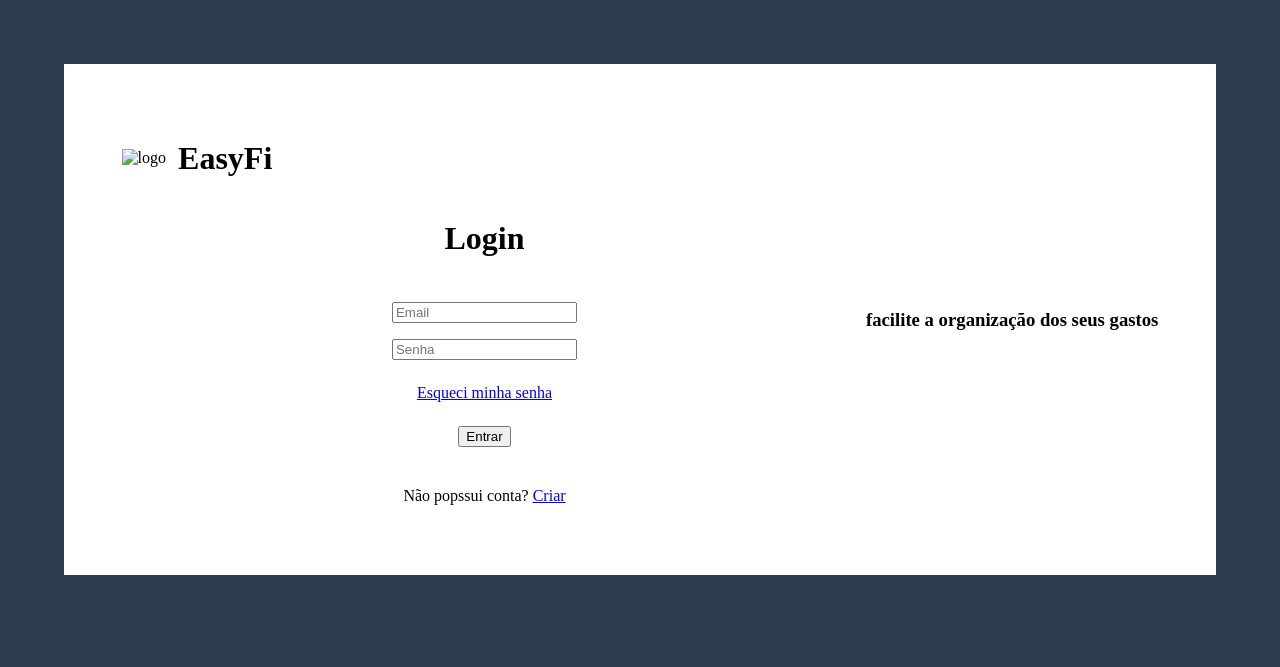
Repository: Ingridiag/projeto-engenharia
Page: login.html
These files come from the project's save history. The page is drawn as it stood at one moment and after a run of saves; the edit follows.
The browser window is 1280 px wide. The pictures show the whole page.

Above is the page before, as saved 2024-10-28 15:28:17.

### login.html
<!DOCTYPE html>
<html lang="pt">

<head>
    <meta charset="UTF-8">
    <meta name="viewport" content="width=device-width, initial-scale=1.0">
    <link rel="stylesheet" href="style.css">
    <title>Login</title>
</head>

<body>
    <div class="container">

        <!-- Tela Login -->
        <div class="login">
            <div class="primeira-coluna">
                <div class="logo">
                    <img src="#" alt="logo">
                    <h1>EasyFi</h1>
                </div>
                <div class="formulario">
                    <h1 class="title">Login</h1>
                    <form >
                        <input type="email" placeholder="Email">
                        <input type="password" placeholder="Senha">
                    </form>
                    <div>
                        <a href="#" class="link">Esqueci minha senha</a>

                    </div>
                    <div class="btn-default">
                        <button>
                            Entrar
                        </button>
                    </div>
                    <div>
                        <p>Não popssui conta?
                            <span>
                                <a href="#" class="link">Criar</a>
                            </span>
                        </p>
                    </div>
                </div>
            </div>
            <div class="segunda-coluna">
                <h3 class="mensagem">
                    facilite a organização dos seus gastos
                </h3>
            </div>
        </div>



        <div class="cadastro">
            <!-- Tela Cadastro -->
            <div class="primeira-coluna">
                <h3 class="mensagem">
                    facilite a organização dos seus gastos
                </h3>
            </div>

            <div class="segunda-coluna">
                <div class="logo">
                    <img src="#" alt="logo">
                    <h1>EasyFi</h1>
                </div>
                <div class="formulario">
                    <h1 class="title">Criar Conta</h1>
                    <form >
                        <input type="text" placeholder="Nome">
                        <input type="email" placeholder="Email">
                        <input type="password" placeholder="Senha">
                        <input type="password" placeholder=" Confirmar senha">
                    </form>
                    <div>
                        <a href="#" class="link">Esqueci minha senha</a>

                    </div>
                    <div class="btn-default">
                        <button>
                            Entrar
                        </button>
                    </div>
                    <div>
                        <p>Já possui conta?
                            <span>
                                <a href="#" class="link">Login</a>
                            </span>
                        </p>
                    </div>
                </div>
            </div>
        </div>


    </div>

</body>

</html>

### style.css
body {
    margin: 0;
    padding: 0;
    box-sizing: border-box;
    background: #2C3E50;
}
.container{
    display: flex;
    justify-content: center;
    align-items:center;
    margin: 5%;
}

.login{
    width: 100%;
    height: 55vh;
    padding: 5%;
    display: flex;
    align-items: center;
    background: #fff;
    justify-content: space-between;
}

.primeira-coluna{
    width: 70%;
    display: flex;
    flex-direction: column;
    justify-content: center;
}
.logo{
    display: flex;
    gap: 12px;
    align-items:center;

}
.formulario{
    display: flex;
    flex-direction: column;
    align-items:center;
    gap: 24px;
}
.formulario form{
    display: flex;
    flex-direction: column;
    gap: 16px;
}
.cadastro{
    display: none;
    flex-direction: column;
    position: relative;
}

After the next 2 saves:
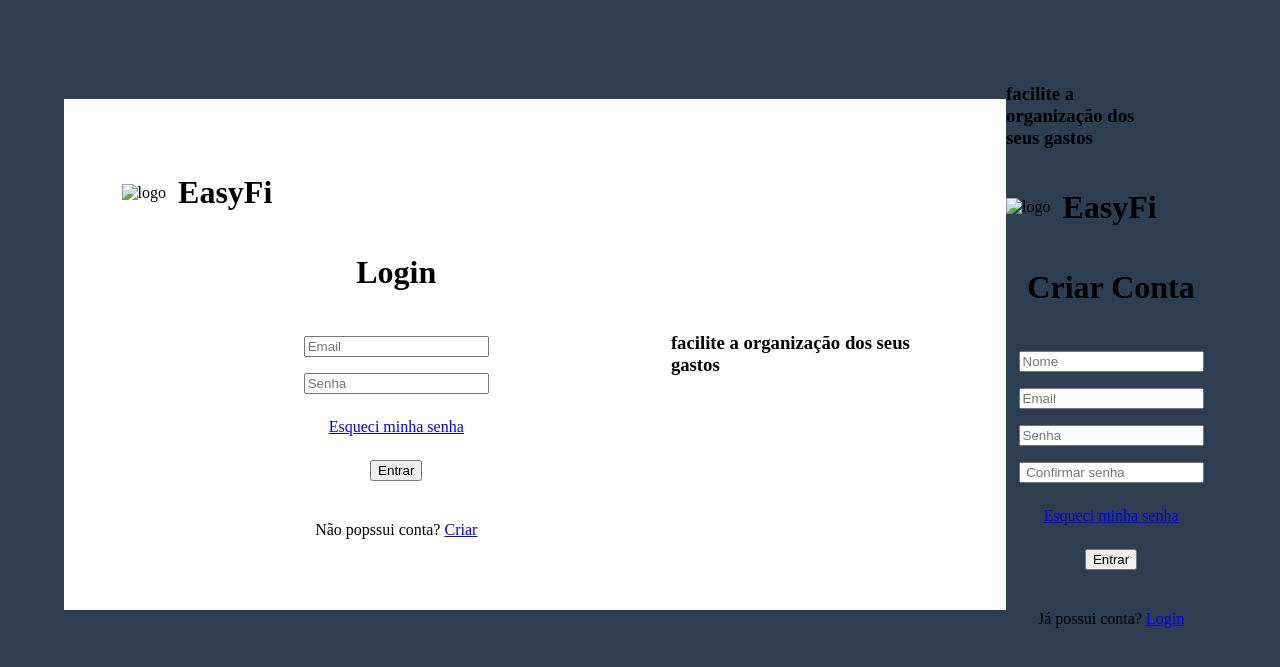
The 2 saves are shown as one change because they came seconds apart.
The last was saved 31 s later.
--- a/style.css
+++ b/style.css
@@ -43,7 +43,8 @@ body {
     display: flex;
     flex-direction: column;
     gap: 16px;
-}
+}.formulario form
+
 .cadastro{
     display: none;
     flex-direction: column;

After the 2 saves that followed:
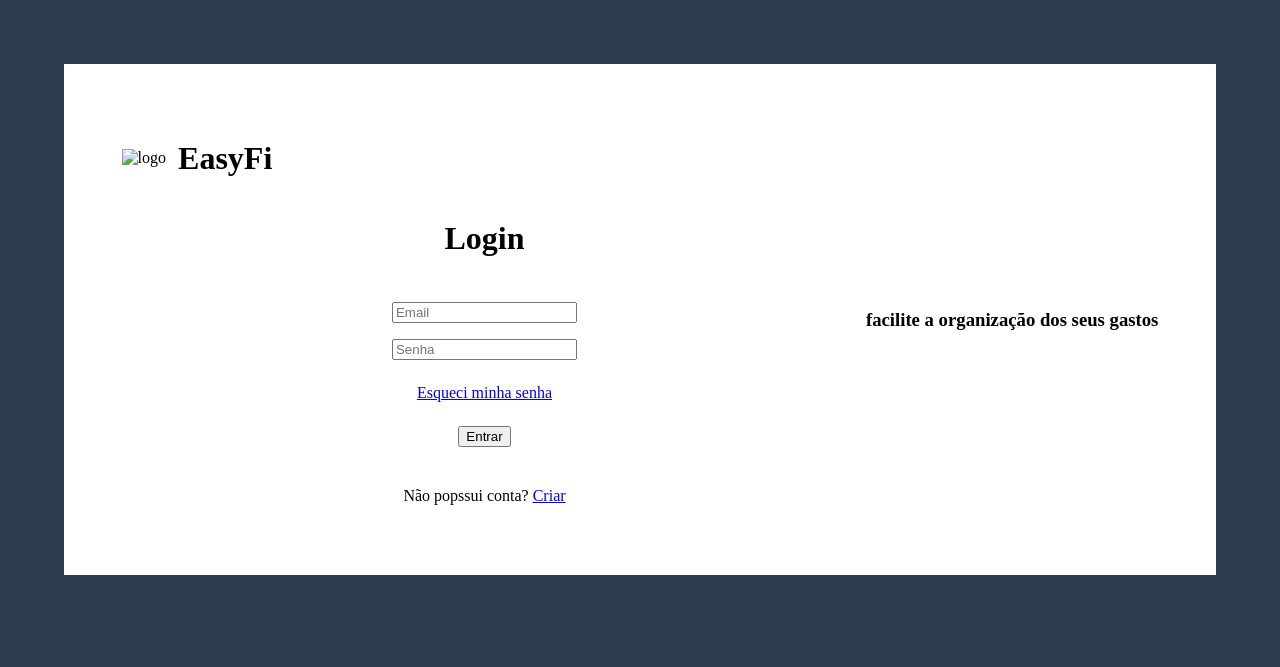
The 2 saves are shown as one change because 1 left the picture as it was.
The last was saved 8 s later.
--- a/style.css
+++ b/style.css
@@ -43,7 +43,9 @@ body {
     display: flex;
     flex-direction: column;
     gap: 16px;
-}.formulario form
+}.formulario form input{
+
+}
 
 .cadastro{
     display: none;
